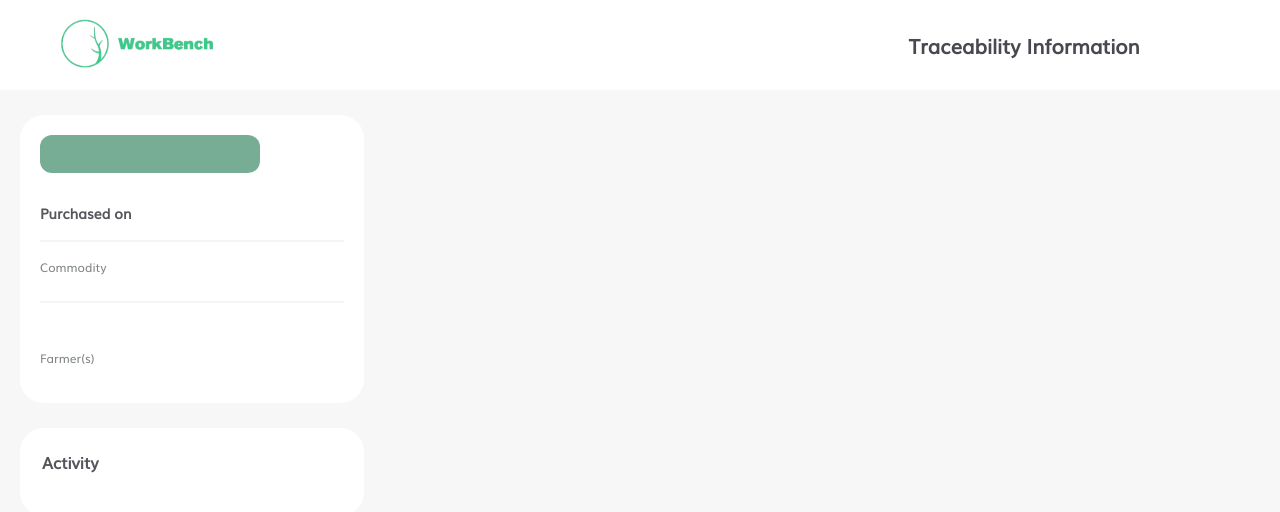
Repository: Hamezry/Traceability-Page
Page: /
These files come from the project's save history. The page is drawn as it stood at one moment and after the next save; the edit follows.
The browser window is 1280 px wide. The pictures show the whole page.
The page's requests for data from a server got no answer. The project was rebuilt for these pictures with package versions that can differ from the ones it lists, and the page was loaded fresh each time. No one was signed in, and anything a server would have sent is missing.

Above is the page before, as saved 2022-09-30 16:41:12.

### public/index.html
<!DOCTYPE html>
<html lang="en">
  <head>
    <meta charset="utf-8" />
    <meta name="viewport" content="width=device-width, initial-scale=1" />
    <meta name="theme-color" content="#000000" />
    <meta
      name="description"
      content="Web site created using create-react-app"
    />
    <link rel="preconnect" href="https://fonts.googleapis.com">
    <link rel="preconnect" href="https://fonts.gstatic.com" crossorigin>
    <!-- <link href="https://fonts.googleapis.com/css2?family=Mulish:wght@300;400;600&display=swap" rel="stylesheet"> -->
    <title>Traceability page</title>
  </head>
  <body>
    <noscript>You need to enable JavaScript to run this app.</noscript>
    <div id="root"></div>

  </body>
</html>

### src/index.css
@tailwind base;
@tailwind components;
@tailwind utilities;

@font-face {
    font-family: 'Muli';
    src: local('Muli'), url("./fonts/Muli-Regular.ttf") format("truetype");
}


@font-face {
    font-family: 'Muli';
    src: url('./fonts/Muli-Regular.ttf') format("truetype");
}

body {
    font-family: 'Muli' !important;
}

### src/App.js
import React, {useState} from 'react'
import './index.css';
import Navbar from './components/Navbar';
import Information from './components/Information';
import Sidemap from './components/Sidemap';
import { BrowserRouter, Route, Routes } from 'react-router-dom';

function App() {
  const [long, setLong] = useState(0)
  const [lat, setLat] = useState(0)
  const [farmlat, setFarmlat] = useState(0)
  const [farmlong, setFarmlong] = useState(0)

  return (
    <BrowserRouter>

      <Routes>

          <Route path='/' element={
            <div>
              <Navbar />
              <div className="lg:flex lg:justify-between w-full  lg:h-[calc(100vh-90px)] lg:overflow-y-hidden bg-[#f8f7f7]">
                {/* <Sidemap lat={lat} long={long} farmlat={farmlat} farmlong={farmlong}/> */}
                <Information setLat={setLat}  setLong={setLong} setFarmlong={setFarmlong} setFarmlat={setFarmlat} />
              </div>

            </div>

          } />

      </Routes>
    </BrowserRouter>
  );
}

export default App;

### src/components/Navbar.js
import React from 'react'
import logo from '../Assets/logo.svg'

const Navbar = () => {
  return (
    <div className='w-full flex  h-[90px] bg-white sticky font-muli  z-30  top-0 items-center'>
      <div className='w-full lg:w-[71%] flex justify-center lg:justify-start'>
        <img src={logo} alt='nav-icon' className='h-[80px] w-[188px] lg:ml-[50px]' />
      </div>

      <div>
        <p className='hidden lg:block  text-[#47494E] font-semibold  text-[20px]'>Traceability Information</p>

      </div>



    </div>
  )
}

export default Navbar

### src/components/Information.js
import React, { useEffect, useState } from 'react'
import image1 from '../Assets/image-2.png'
import purchased from '../Assets/purchase.svg'
import axios from 'axios'
import { useLocation } from 'react-router-dom'



function Information({ setLat, setLong, setFarmlong, setFarmlat }) {

    const [list, setList] = useState([])
    const search = useLocation().search;
    const qr_code = new URLSearchParams(search).get('qr_code')

    useEffect(() => {
        axios.get(`https://wb3test.afexnigeria.com/WB3/api/v1/traceability/info/${qr_code}`)
            .then(res => {
                setList(res.data.data)
                setLat(res.data.data.purchased_at[0].warehouse__latitude)
                setLong(res.data.data.purchased_at[0].warehouse__longitude)
                setFarmlat(res.data.data.farmers[0].farm_coordinates.split(',')[0])
                setFarmlong(res.data.data.farmers[0].farm_coordinates.split(',')[1])
                console.log(res.data)
            }).catch(err => {
                console.log(err)
            })
    }, [qr_code, setLat, setLong, setFarmlat, setFarmlong])


    return (
        <div className='lg:h-full  lg:w-[30%] font-muli lg:overflow-y-auto'>

            <div id="TQC" className=" z-10  top-0 flex lg:flex  flex-col px-[20px]">

                <div className="flex-1 flex bg-white lg:w-[100%] lg:mx-auto lg:mt-[25px] flex-col h-[556px] p-[20px] rounded-3xl">

                    {/*TQC */}
                    <div className='mb-4 border-b-2 border-b-gray-100 '>
                        <div className='bg-[#76AD94] text-white text-center py-2 font-semibold text-[16px] max-w-[220px] h-[38px] mb-[30px] rounded-xl'> <p>{list.qr_code}</p></div>
                        <p className='text-[#54565B] text-[14px] mb-4 font-semibold'>Purchased on <span className='font-normal'>{list.purchased_on}</span></p>
                        {
                            list?.purchased_at?.map((item, index) => {
                                return (
                                    <p key={index} className=' text-[#54565B] text-[14px] mb-4 font-semibold'>Purchased at <span className='font-normal'>{item.warehouse__name}</span></p>


                                )
                            })
                        }

                    </div>

                    <div className='mb-4 border-b-2  border-b-gray-100 '>
                        <p className='text-[#7C827D] text-[12px] mb-[25px] '>Commodity</p>
                        <p className='text-[#47494E] text-[14px] mb-4 font-medium '>{list.commodity}</p>

                    </div>

                    <div className='mt-[30px] mb-4'>

                        <p className='text-[#7C827D] text-[12px]'>Farmer(s)</p>

                        {
                            list?.farmers?.map((item, index) => {
                                return (
                                    <div key={index} className='w-[232px] h-[71px] shadow p-3 flex items-center mt-[20px] rounded-xl'>
                                        <img src={image1} alt='profilepic' />
                                        <p className='text-[#47494E] text-[16px] ml-5  font-medium '>{item.first_name} {item.last_name}<br /> <span className='text-[#707673] text-[12px]'>{item.age} years &nbsp; | &nbsp;  {item.gender}</span></p>
                                    </div>
                                )
                            })
                        }



                    </div>


                </div>



            </div>




            <div id="Activity" className=" top-0 flex lg:flex flex-shrink-0 flex-col px-[20px]">

                <div className="flex-1 flex bg-white lg:w-[100%] lg:mx-auto mt-[25px] mb-5 flex-col  h-[900px] p-[22px] rounded-3xl ">

                    <p className='text-[#54565B] mb-5 font-semibold text-[16px]'>Activity</p>

                    {list?.activities?.map((item, index) =>

                        <div key={index} className='flex justify-between stroke-amber-50 text-[#7C827D] 2xl:px-5 lg:px-0 text-[11px]'>

                            <div className='flex gap-2 xl:gap-2 md:gap-8'>

                                <div className='flex flex-col items-center'>
                                    <img src={purchased} alt='recp' />
                                    <div className='border border-dotted border-[#7C827D] min-h-[100px] max-h-[120px] w-[1px]'></div>

                                </div>
                                <div className='flex flex-col lg:w-[160px] md:w-[270px] w-[130px]' >
                                    <p className='font-semibold mt-2 lg:text-[13px]'>{item.action} </p>
                                    <span className='text-[#7C827D] text-[9px] mt-2 lg:text-[11px]'>{item.description}</span>
                                </div>



                            </div>
                            <p className='text-[#76AD94] text-[9px] mt-2 xl:text-[10px]'> <span>{item.created}</span> </p>

                        </div>
                    )}






                </div>





            </div>


        </div>);
}

export default Information

### tailwind.config.js

/** @type {import('tailwindcss').Config} */
module.exports = {
  content: [
    "./src/**/*.{js,jsx,ts,tsx}",
  ],
  theme: {
    extend: {
      fontFamily:{
        'Muli':['Muli', 'san-serif']
      }
    },
  },
  plugins: [],
}

### src/components/Sidemap.js
import React from "react";
import { useJsApiLoader, GoogleMap, Marker } from "@react-google-maps/api";
import purch from "../Assets/farm.svg";
import locationIcon from "../Assets/Vector.svg";

function Sidemap({ lat, long, farmlat, farmlong }) {
  console.log(lat, long, farmlat, farmlong)
  const center = { lat, lng: long };
  const farmer = {farmlat, lng:farmlong}

  const { isLoaded } = useJsApiLoader({
    googleMapsApiKey: "AIzaSyD0jXG6tZX5eypxrx-NqpzHsyFAWKT1Y2w",
  });

  if (!isLoaded) {
    return <h1>Loading</h1>;
  }
  return (
    <div className="relative h-[600px] w-full lg:h-[calc(100vh-90px)] lg:w-[70%]">
      <div className="hidden lg:block p-4 lg:p-0 lg:w-full h-[100%]">
        <GoogleMap
          mapContainerStyle={{ width: "100%", height: "100%" }}
          center={center}
          zoom={15}
          options={{
            zoomControl: false,
            streetViewControl: false,
            mapTypeControl: false,
            fullscreenControl: false,
          }}
        >
          <Marker
            position={center}
            style={{
              backgroundColor: "#0000ff",
              fillColor: "#0000ff",
              strokeColor: "0000ff",
            }}
          />

          <Marker
            position={center}
            style={{
              backgroundColor: "#0000ff",
              fillColor: "#0000ff",
              strokeColor: "0000ff",
            }}
          />

          <Marker
            position={center}
            style={{
              backgroundColor: "#0000ff",
              fillColor: "#0000ff",
              strokeColor: "0000ff",
            }}
          />
        </GoogleMap>
      </div>

      <div className="lg:hidden p-4 lg:p-0 lg:w-full h-[100%]">
        <GoogleMap
          mapContainerStyle={{
            width: "100%",
            height: "100%",
            borderRadius: "50px",
          }}
          center={center}
          zoom={15}
          options={{
            zoomControl: false,
            streetViewControl: false,
            mapTypeControl: false,
            fullscreenControl: false,
          }}
        >
          <Marker
            position={center}
            style={{
              backgroundColor: "#38CB89",
              fillColor: "#38CB89",
              strokeColor: "#38CB89",
            }}
          />
        </GoogleMap>
      </div>

      <div className="flex absolute p-3 gap-4 top-[25%] text-[12px] md:text-[16px] rounded-3xl md:left-[35%] left-[9%] bg-white text-[#54565B] w-[320px] h-[140px] md:h-[150px] md:w-[420px] ">
        <div><img src={purch} alt="prc" /></div>

        <div className="flex  flex-col gap-4">
          <div className="flex md:text-[18px] font-bold gap-3">
            <img src={locationIcon} alt="prc" />
            <h2 className="text-[#54565B] font-[700]">Farm Location</h2>
          </div>
          <p>Kaduna South</p>
          <p>
            <span className="text-[#76AD94]">0km</span> {farmer} <span className="text-[#76AD94]">0min</span> from Warehouse
          </p>
        </div>
      </div>
    </div>
  );
}

export default Sidemap;

Loaded but not shown: src/index.js (common file)

After the next save:
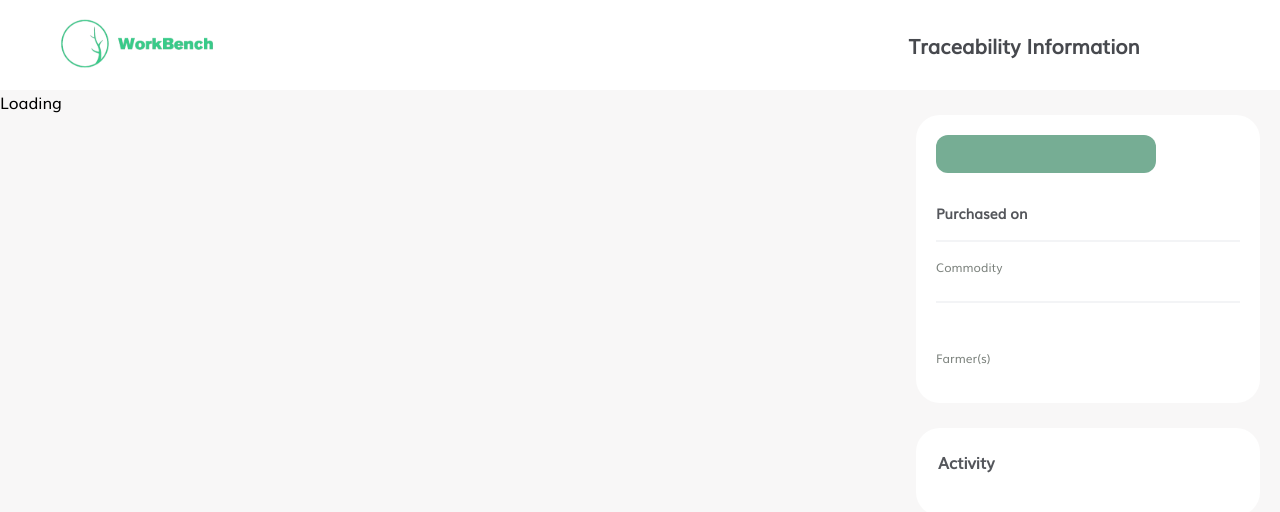
Saved 7 s later.
--- a/src/App.js
+++ b/src/App.js
@@ -20,7 +20,7 @@ function App() {
             <div>
               <Navbar />
               <div className="lg:flex lg:justify-between w-full  lg:h-[calc(100vh-90px)] lg:overflow-y-hidden bg-[#f8f7f7]">
-                {/* <Sidemap lat={lat} long={long} farmlat={farmlat} farmlong={farmlong}/> */}
+                <Sidemap lat={lat} long={long} farmlat={farmlat} farmlong={farmlong}/>
                 <Information setLat={setLat}  setLong={setLong} setFarmlong={setFarmlong} setFarmlat={setFarmlat} />
               </div>
 
